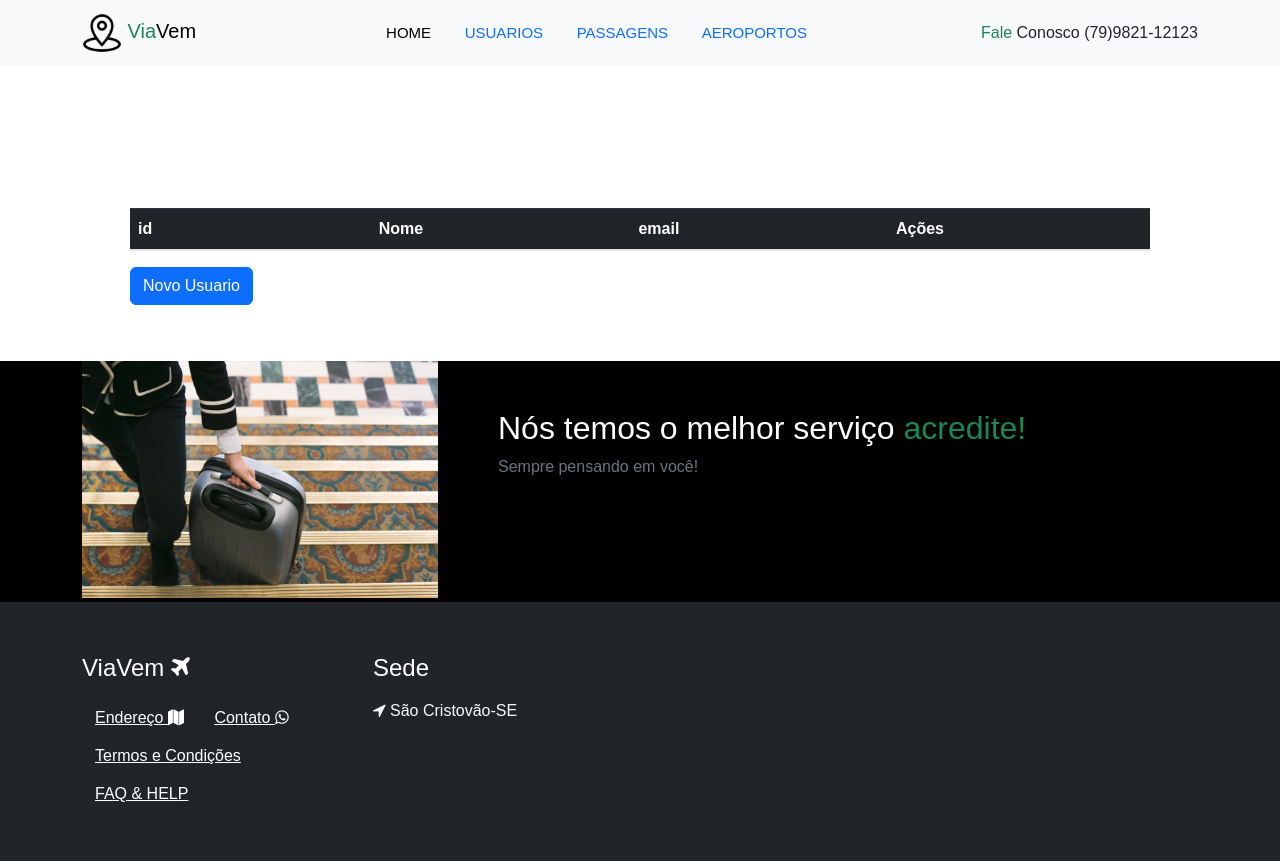
Repository: DavidSaintAnna/Desafio-modulo-4
Page: http://localhost/ViavemMvc/usuario
The author's editor kept a copy of each file at every save. The page is drawn from the files as they stood at one save, then again after the next save.
The browser window is 1280 px wide. The pictures show the whole page.
Some web fonts or font styles are not loaded; a fallback is used. The page is served by Tomcat 9. Other server files are loaded and not shown. Queries for data that is not in the repository find no rows.

Above is the page before, as saved 2023-11-07 22:51:32.
Not found: ViavemMvc/ViavemMvc/script.js

### ViavemMvc/src/main/webapp/views/usuarios/index.jsp
<%@ page language="java" contentType="text/html; charset=ISO-8859-1"
	pageEncoding="ISO-8859-1"%>
<%@ taglib uri="http://java.sun.com/jsp/jstl/core" prefix="jstl"%>

<!DOCTYPE html>
<html lang="pt-br">
<head>
<meta charset="UTF-8">
<meta name="viewport" content="width=device-width, initial-scale=1.0" />
<link rel="icon" href="./assets/img/book-2-fill.svg" type="image/svg" />
<link href="https://cdn.jsdelivr.net/npm/bootstrap@5.2.1/dist/css/bootstrap.min.css" rel="stylesheet">
<link href="https://cdn.jsdelivr.net/npm/remixicon@2.5.0/fonts/remixicon.css" rel="stylesheet">
<meta name="viewport" content="width=device-width, initial-scale=1.0" />
<link rel="stylesheet" href="https://stackpath.bootstrapcdn.com/bootstrap/4.1.3/css/bootstrap.min.css" />
<link href="https://cdn.jsdelivr.net/npm/remixicon@2.5.0/fonts/remixicon.css" rel="stylesheet">
<link rel="icon" type="image/svg+xml" href="assets/images/image 8.svg" />
    <link
      href="https://cdn.jsdelivr.net/npm/bootstrap@5.3.1/dist/css/bootstrap.min.css"
      rel="stylesheet"
      integrity="sha384-4bw+/aepP/YC94hEpVNVgiZdgIC5+VKNBQNGCHeKRQN+PtmoHDEXuppvnDJzQIu9"
      crossorigin="anonymous"
    />
  <link
      rel="stylesheet"
      href="https://cdn.jsdelivr.net/npm/@fortawesome/fontawesome-free@6.2.1/css/fontawesome.min.css"
      integrity="sha384-QYIZto+st3yW+o8+5OHfT6S482Zsvz2WfOzpFSXMF9zqeLcFV0/wlZpMtyFcZALm"
      crossorigin="anonymous"
    />
    <link
      rel="stylesheet"
      href="https://cdnjs.cloudflare.com/ajax/libs/font-awesome/4.7.0/css/font-awesome.min.css"
    />
    <link rel="preconnect" href="https://fonts.googleapis.com" />
    <link rel="preconnect" href="https://fonts.gstatic.com" crossorigin />
    <link
      href="https://fonts.googleapis.com/css2?family=Mulish:wght@400;600;700&display=swap"
      rel="stylesheet"
    />
    <link rel="stylesheet" href="./css/style.css" />
<title>ViaVem | Usuarios</title>
</head>
<body>
		<header class="header">
			 <nav class="navbar navbar-expand-lg bg-light fixed-top">
        <div class="container">
          <a class="navbar-brand" href="#">
            <img src="assets/images/image 8.svg" class="logo" alt="logo" />
            <span class="text-success">Via</span>Vem
          </a>
          <button
            class="navbar-toggler"
            type="button"
            data-bs-toggle="collapse"
            data-bs-target="#navbarNav"
            aria-controls="navbarNav"
            aria-expanded="false"
            aria-label="Toggle navigation"
          >
            <i class="fas fa-stream navbar-toggler-icon"></i>
          </button>
          <div class="collapse navbar-collapse" id="navbarNav">
            <ul class="navbar-nav mx-auto">
		<jsp:include page="../../components/menu.jsp">
			<jsp:param name="home" value="./index.jsp" />
			<jsp:param name="usuarios" value="usuario" />
			<jsp:param name="passagens" value="passagem" />
			<jsp:param name="aeroportos" value="aeroporto" />
		</jsp:include>
		</ul>
            <div class="header_right">
              <div class="text-lg-end">
                <span class="text-success">Fale</span> Conosco
                <span class="phone_no">(79)9821-12123</span>
              </div>
            </div>
          </div>
        </div>
      </nav>
		</header>


<main>
		<section class="container">

			<div class="p-5 mt-10">

				<table class="table table-responsive table-hover">
					<thead class="table-dark custom-thead" >
						<tr>
							<th scope="col">id</th>
							<th scope="col">Nome</th>
							<th scope="col">email</th>
							<th scope="col">Ações</th>
						</tr>
					</thead>
					<tbody class ="custom-tbody">

						<jstl:forEach items="${listaUsuarios}" var="u">
							<tr>
								<td>${u.id}</td>
								<td>${u.nome}</td>
								<td>${u.email}</td>
								<td>
									<div class="d-flex">
										<a href="usuario-edit?id=${u.id}" class="mx-1" title="Editar">
											<i class="ri-file-edit-line"></i>
										</a>
										<a href="usuario-delete?id=${u.id}" class="mx-1" title="Cancelar"
											onclick="return confirm('Deseja excluir o autor ${u.nome}.')">
											<i class="ri-delete-bin-2-line"></i>
										</a>
									</div>
								</td>
							</tr>
						</jstl:forEach>

					</tbody>
				</table>
				<a href="./views/usuarios/create.jsp"
					class="btn btn-primary mb-2 botao1"> Novo Usuario </a>
			</div>
		</section>
	</main>
	 <footer>
      <section id="about" class="bg-black">
        <div class="container">
          <div class="row">
            <div class="col-lg-4 col-md-12 col-12 bg">
              <div class="about-img">
                <img
                  src="assets/images/rolling-suitcase-into-hotel.jpg"
                  alt="travel"
                  class="img-fluid"
                />
              </div>
            </div>
            <div class="col-lg-8 col-md-12 col-12 ps-lg-5 mt-md-5">
              <div class="about-text">
                <h2 class="text-white">
                  Nós temos o melhor serviço
                  <span class="text-success">acredite!</span>
                </h2>
                <p class="text-secondary">Sempre pensando em você!</p>
              </div>
            </div>
          </div>
        </div>
        <div class="container-fluid bg-dark text-light footer pt-1 mt-1">
          <div class="container py-5">
            <div class="row g-5">
              <div class="col-lg-3 col-md-6">
                <h4 class="text-white mb-3">
                  ViaVem <i class="fa fa-plane" aria-hidden="true"></i>
                </h4>
                <a href="#" class="btn btn-link text-white"
                  >Endereço <i class="fa fa-map" aria-hidden="true"></i
                ></a>
                <a href="#" class="btn btn-link text-white"
                  >Contato <i class="fa fa-whatsapp" aria-hidden="true"></i
                ></a>
                <a href="#" class="btn btn-link text-white"
                  >Termos e Condições</a
                >
                <a href="#" class="btn btn-link text-white">FAQ & HELP</a>
              </div>
              <div class="col lg-3 col-md-6">
                <h4 class="text-white mb-3">Sede</h4>
                <p class="mb-2">
                  <i class="fa fa-location-arrow" aria-hidden="true"></i>
                  São Cristovão-SE
                </p>
              </div>
            </div>
          </div>
        </div>
      </section>
    </footer>
    <script
      src="https://cdn.jsdelivr.net/npm/bootstrap@5.3.1/dist/js/bootstrap.bundle.min.js"
      integrity="sha384-HwwvtgBNo3bZJJLYd8oVXjrBZt8cqVSpeBNS5n7C8IVInixGAoxmnlMuBnhbgrkm"
      crossorigin="anonymous"
    ></script>
	<script src="script.js"></script>
	<script src="https://code.jquery.com/jquery-3.3.1.slim.min.js"></script>
	<script src="https://cdnjs.cloudflare.com/ajax/libs/popper.js/1.14.3/umd/popper.min.js"></script>
	<script src="https://stackpath.bootstrapcdn.com/bootstrap/4.1.3/js/bootstrap.min.js"></script>
	<script src="https://cdn.jsdelivr.net/npm/@popperjs/core@2.11.6/dist/umd/popper.min.js"></script>
	<script src="https://cdn.jsdelivr.net/npm/bootstrap@5.2.1/dist/js/bootstrap.min.js"></script>
</body>
</html>

### ViavemMvc/src/main/webapp/components/menu.jsp
<%@ page language="java" contentType="text/html; charset=ISO-8859-1"
	pageEncoding="ISO-8859-1"%>
<ul class="nav justify-content-center">
	<li class="nav-item"><a class="nav-link active"
		aria-current="page" href="<%=request.getParameter("home")%>">Home</a></li>
	<li class="nav-item"><a class="nav-link" href="<%=request.getParameter("usuarios")%>">Usuarios</a>
	</li>
	<li class="nav-item"><a class="nav-link" href="<%=request.getParameter("passagens")%>">Passagens</a></li>
	<li class="nav-item"><a class="nav-link" href="<%=request.getParameter("aeroportos")%>">Aeroportos</a></li>
</ul>

### ViavemMvc/src/main/java/controller/UsuarioController.java
package controller;

import java.io.IOException;
import java.util.List;

import javax.servlet.ServletException;
import javax.servlet.annotation.WebServlet;
import javax.servlet.http.HttpServlet;
import javax.servlet.http.HttpServletRequest;
import javax.servlet.http.HttpServletResponse;

import dao.UsuariosDAO;
import javax.servlet.RequestDispatcher;
import models.Passagens;
import models.Usuarios;

@WebServlet(urlPatterns = { "/usuario", "/usuario-create", "/usuario-edit", "/usuario-update", "/usuario-delete" })
public class UsuarioController extends HttpServlet {
	private static final long serialVersionUID = 1L;
	UsuariosDAO udao = new UsuariosDAO();
	Usuarios usuario = new Usuarios();


    public UsuarioController() {
        super();
        // TODO Auto-generated constructor stub
    }


	protected void doGet(HttpServletRequest request, HttpServletResponse response) throws ServletException, IOException {
		// TODO Auto-generated method stub
		String action = request.getServletPath();
		switch(action) {
		case "/usuario":
			read(request,response);
			break;
		case "/usuario-delete":
			delete(request, response);
			break;
		case "/usuario-create":
			create(request, response);
			break;
		case "/usuario-edit":
			edit(request, response);
			break;
		case "/usuario-update":
			update(request, response);
			break;

		default:
				response.sendRedirect("index.html");
			break;
	}

	}

	protected void read(HttpServletRequest request, HttpServletResponse response) throws ServletException, IOException {
		List<Usuarios> lista = udao.read();
		request.setAttribute("listaUsuarios",lista);
		RequestDispatcher rd = request.getRequestDispatcher("./views/usuarios/index.jsp");
		rd.forward(request,response);
	}

	protected void create(HttpServletRequest request, HttpServletResponse response) throws ServletException, IOException {
		usuario.setNome(request.getParameter("nome"));
		usuario.setEmail(request.getParameter("email"));
		usuario.setSenha(request.getParameter("senha"));
		int id_passagem = Integer.parseInt(request.getParameter("id_passagem"));
		Passagens passagens = new Passagens();
		passagens.setId(id_passagem);
		usuario.setPassagens(passagens);
		udao.create(usuario);
		response.sendRedirect("usuario");
	}

	protected void edit(HttpServletRequest request, HttpServletResponse response) throws ServletException, IOException {
		int id = Integer.parseInt(request.getParameter("id"));

		usuario = udao.readById(id);

		request.setAttribute("usuario", usuario);

		RequestDispatcher rd = request.getRequestDispatcher("./views/usuarios/update.jsp");
		rd.forward(request, response);
	}

	protected void update(HttpServletRequest request, HttpServletResponse response)throws ServletException, IOException {

		usuario.setId(Integer.parseInt(request.getParameter("id")));
		usuario.setNome(request.getParameter("nome"));
		usuario.setEmail(request.getParameter("email"));
		usuario.setSenha(request.getParameter("senha"));

		udao.update(usuario);
		response.sendRedirect("usuario");
	}

	protected void delete(HttpServletRequest request, HttpServletResponse response) throws ServletException, IOException {
		int id = Integer.parseInt(request.getParameter("id"));
		udao.delete(id);
		response.sendRedirect("usuario");
	}



}

### ViavemMvc/src/main/java/factory/ConnectionFactory.java
package factory;

import java.sql.Connection;
import java.sql.DriverManager;

public class ConnectionFactory {
    private static final String USERNAME = "root";

    private static final String PASSWORD = "1234";

    private static final String DATABASE_URL = "jdbc:mysql://localhost:3306/db";

    public static Connection createConnectionToMySQL() throws Exception {
    	Class.forName("com.mysql.cj.jdbc.Driver");
        Connection connection = DriverManager.getConnection(DATABASE_URL, USERNAME, PASSWORD);
        return connection;
    }

    public static void main(String[] args) throws Exception {
        Connection con = createConnectionToMySQL();
        if (con != null) {
            System.out.println("connection started!");
            con.close();
        }
    }
}

### ViavemMvc/src/main/webapp/css/style.css
* {
  margin: 0;
  padding: 0;
  box-sizing: border-box;
  -webkit-font-smoothing: antialiased;
  -moz-osx-font-smoothing: grayscale;
}

html,
body,
input {
  font-family: "Mulish", sans-serif;
}

.logo {
  width: 2.5rem;
  height: 2.5rem;
}



ul {
	display: flex;
	gap : 1.1rem;

}

.section-padding {
  padding: 100px 0;
}

.carousel-item {
  height: 100vh;
  min-height: 300px;
}

.carousel-caption {
  border-bottom: 220px;
  z-index: 2;
}

.carousel-caption h5 {
  font-size: 45px;
  text-transform: uppercase;
  letter-spacing: 2px;
  margin-top: 25px;
}

.carousel-caption p {
  width: 60%;
  margin: auto;
  font-size: 18px;
  line-height: 1.9;
}
.navbar-nav a {
  font-size: 15px;
  text-transform: uppercase;
  font-weight: 500;
}

.navbar-light .navbar-brand {
  color: #000;
  font-size: 25px;
  text-transform: uppercase;
  font-weight: 700;
  letter-spacing: 2px;
}

.w-100 {
  height: 100vh;
}

.custom-thead th,
.custom-tbody td {
  width: 600px; /* Adjust the width as needed */
}

.mt-10 {
	margin-top: 10rem;
}

@media only screen and (min-width: 768px) and (max-width: 991px) {
  .carousel-caption {
    bottom: 370px;
  }
  .carousel-caption p {
    width: 100%;
  }

}


@media only screen and (max-width: 767px) {
  .navbar-nav {
    text-align: center;
  }
  .carousel-caption {
    bottom: 125px;
  }
  .carousel-caption h5 {
    font-size: 17px;
  }
  .carousel-caption a {
    padding: 10px 15px;
  }
  .carousel-item {
    height: 67vh;
    min-height: 300px;
  }
  .carousel-inner > img {
    height: 53vh;
  }
  .w-100 {
    height: 53vh;
  }
}

### ViavemMvc/src/main/webapp/assets/images/image 8.svg
<svg width="292" height="292" viewBox="0 0 292 292" fill="none" xmlns="http://www.w3.org/2000/svg" xmlns:xlink="http://www.w3.org/1999/xlink">
<rect width="292" height="292" fill="url(#pattern0)"/>
<defs>
<pattern id="pattern0" patternContentUnits="objectBoundingBox" width="1" height="1">
<use xlink:href="#image0_10_7" transform="scale(0.00195312)"/>
</pattern>
<image id="image0_10_7" width="512" height="512" xlink:href="data:[embedded picture, 24286 characters]"/>
</defs>
</svg>

After the next save:
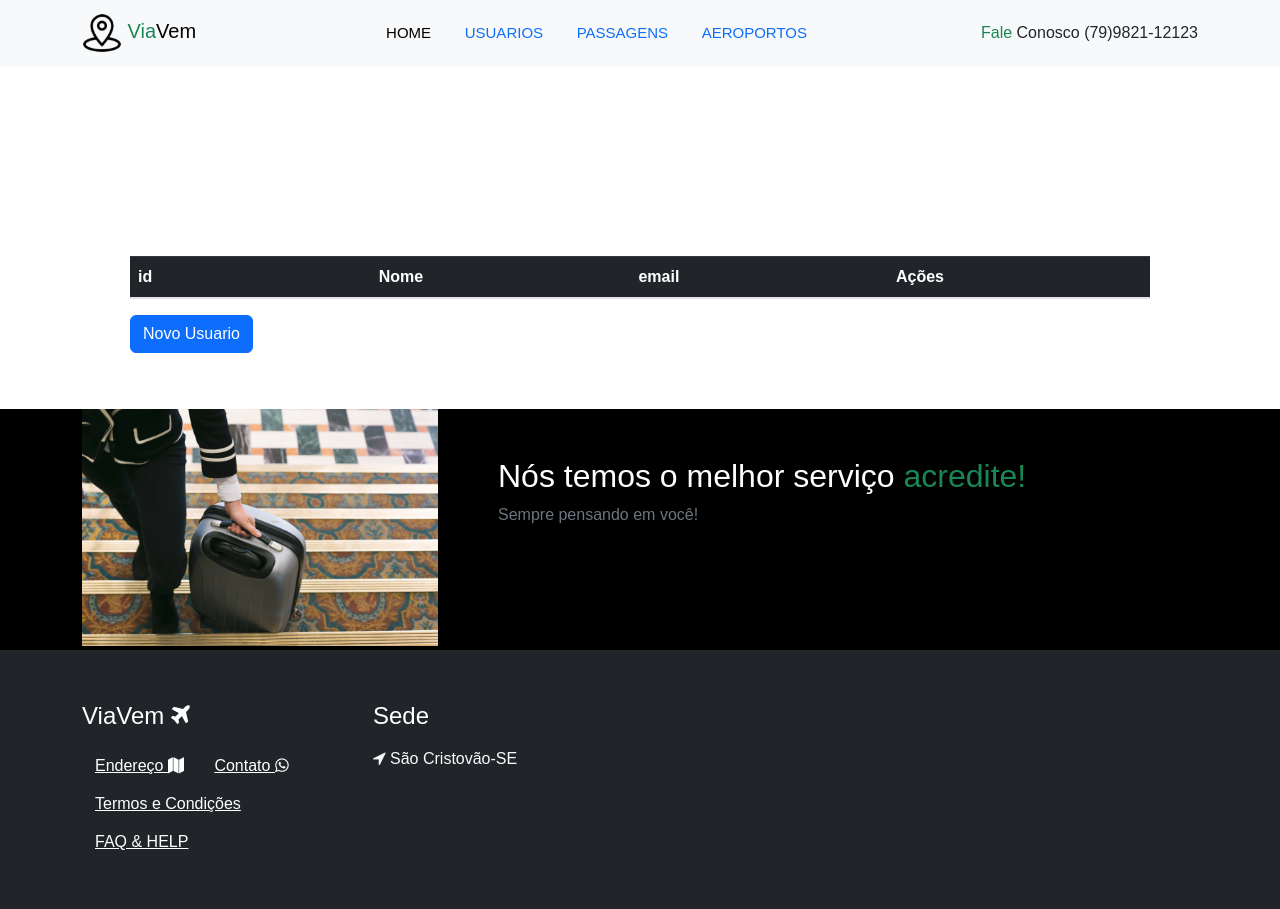
Saved 3 min 45 s later.
--- a/ViavemMvc/src/main/webapp/views/usuarios/index.jsp
+++ b/ViavemMvc/src/main/webapp/views/usuarios/index.jsp
@@ -80,6 +80,7 @@
 
 
 <main>
+	<h1> Usuários </h1>
 		<section class="container">
 
 			<div class="p-5 mt-10">
